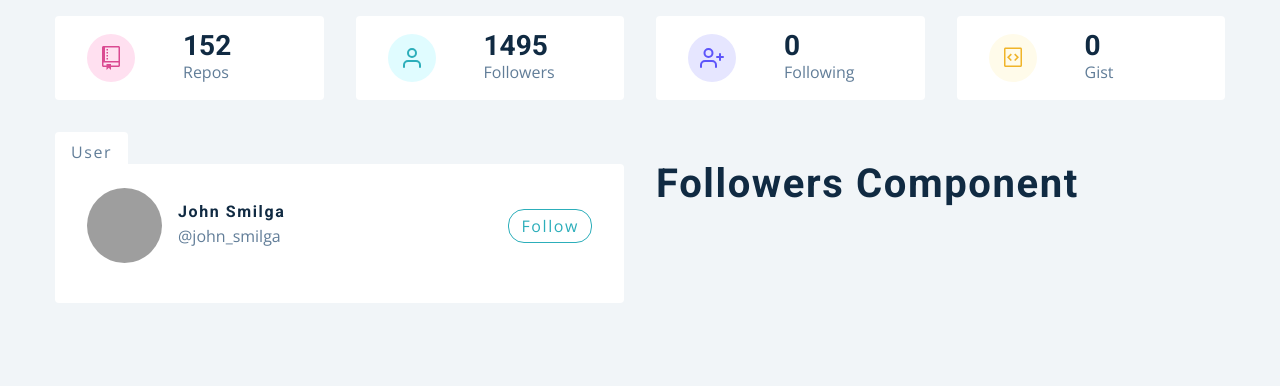
Repository: MateuszWorek/react-search-github-users
Page: /
An editor plug-in stored every save of this project. The page is shown before and after the next save, followed by the edit.
The browser window is 1280 px wide. The pictures show the whole page.
Pictures or frames that could not be fetched are drawn as grey boxes. The project was rebuilt for these pictures with package versions that can differ from the ones it lists, and the page was loaded fresh each time. Also part of the build but not shown: src/components/Charts/ExampleChart.js, src/components/Charts/Column3D.js, src/components/Charts/Bar3D.js, src/components/Charts/Pie3D.js, src/components/Charts/Doughnut2d.js, src/components/Charts/index.js, src/components/Repos.js, src/components/Search.js and 5 more.

Above is the page before, as saved 2021-01-26 20:08:01.

After the next save:
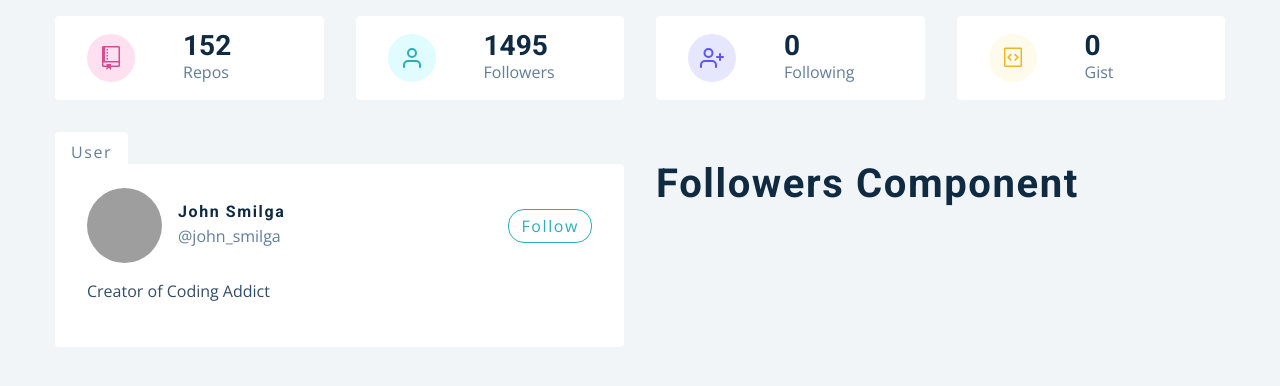
Saved 25 s later.
--- a/src/components/Card.js
+++ b/src/components/Card.js
@@ -15,6 +15,7 @@ const Card = () => {
         </div>
         <a href={ html_url }>follow</a>
       </header>
+      <p className="bio">{ bio }</p>
     </Wrapper>
   );
 };
